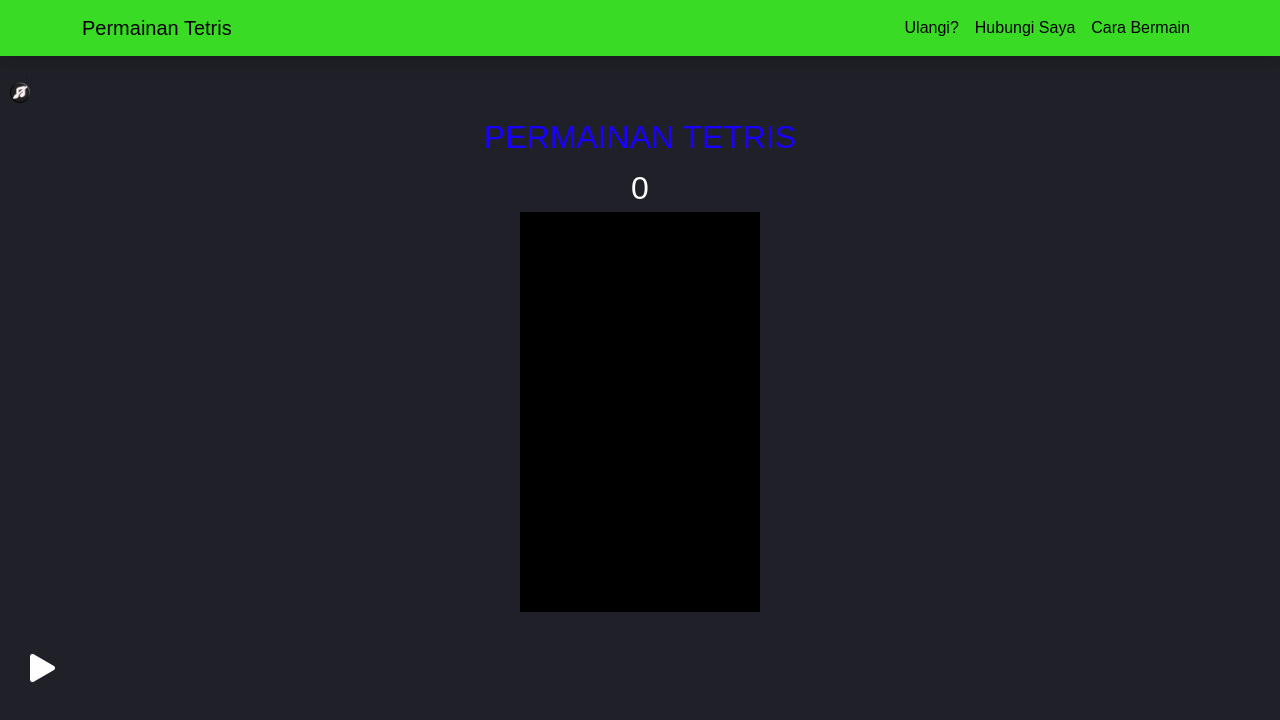
Repository: GwendiWisnuAnggoro/GwendiWisnuAnggoro.github.io
Page: Bahasa Indonesia/game/Tetris/tetris.html
The author's editor kept a copy of each file at every save. The page is drawn from the files as they stood at one save, then again after the next save.
The browser window is 1280 px wide. The pictures show the whole page.

Above is the page before, as saved 2023-02-07 18:56:59.
Console error: TypeError: Cannot read properties of null (reading 'forEach')

### Bahasa Indonesia/game/Tetris/tetris.html
<!DOCTYPE html>
<html lang="en">
<head>
    <meta charset="UTF-8">
    <link href="https://cdn.jsdelivr.net/npm/bootstrap@5.3.0-alpha1/dist/css/bootstrap.min.css" rel="stylesheet" integrity="sha384-GLhlTQ8iRABdZLl6O3oVMWSktQOp6b7In1Zl3/Jr59b6EGGoI1aFkw7cmDA6j6gD" crossorigin="anonymous">
    <link rel="stylesheet" href="https://cdn.jsdelivr.net/npm/bootstrap-icons@1.10.3/font/bootstrap-icons.css">
    <meta http-equiv="X-UA-Compatible" content="IE=edge">
    <meta name="viewport" content="width=device-width, initial-scale=1.0">
    <title>Permainan Tetris</title>
</head>
<body>
    <!-- akhir navbar -->
  <nav class="navbar navbar-expand-lg navbar-light shadow fixed-top" style="background-color: rgb(57, 219, 36);">
    <div class="container-sm">
      <span class="navbar-brand" href="#">Permainan Tetris</span>
      <button class="navbar-toggler" type="button" data-bs-toggle="collapse" data-bs-target="#navbarNav" aria-controls="navbarNav" aria-expanded="false" aria-label="Toggle navigation">
        <span class="navbar-toggler-icon"></span>
      </button>
      <div class="collapse navbar-collapse" id="navbarNav">
        <ul class="navbar-nav ms-auto">
          <li class="nav-item">
            <a class="nav-link active" aria-current="page" href="../Tetris/tetris.html">Ulangi?</a>
          </li>
          <li class="nav-item">
            <a class="nav-link active" href="../../../contact me/ContactMe.html">Hubungi Saya</a>
          </li>
          <li class="nav-item">
            <a class="nav-link active" href="../Tutorials/Tetris/TutorTetris.html">Cara Bermain</a>
            </li>
        </ul>
      </div>
    </div>
  </nav>
<!-- akhir navbar -->
<br>
<br>
<br>
     <!-- awal toogle music -->
     <button id="play"></button>
     <!-- akhir toogle music -->


    <center>
    <link rel="stylesheet" type="text/css" href="tetris.css">
    <div class="pembungkus">
    <h2>PERMAINAN TETRIS</h2>
    <section class="Kalah">
      <h3>Game Over!</h3>
     </section>
    <div id="score">0</div>
    <canvas id="tetris" width="240" height="400"></canvas>
</div>
</center>


<div class="bungkus">
  <button type="button" onclick="" class="btn Mulai_HP" id="Mulai">
    <span>
      <i class="bi bi-play-fill"></i>
    </span>
  </button>
  <button type="button" onclick="" class="btn btn12" id="tmblAtas" >
  <img class="simbol" src="Munggah.png" />
  </button>
  <button type="button" onclick="" class="btn btn13" id="tmblBawah">
  <img class="simbol" src="Midun.png"/>
  </button>
  <button type="button" onclick="" class="btn2 btn14" id="tmblKiri">
  <img class="simbol" src="Ngiwa.png"/>
  </button>
  <button type="button" onclick="" class="btn4 btn15" id="tmblKanan">
  <img class="simbol" src="Nengen.png"/>
  </button>
</div>

<div class="PC">
  <button type="button" onclick="" class="btn Mulai_PC" id="Mulai">
    <span>
      <i class="bi bi-play-fill tombolMulaiPC"></i>
    </span>
  </button>
</div>
 <!-- <button type="button" id="Mulai">Mulai</button> -->
    <script src="tetris.js"></script>
    <script src="https://cdn.jsdelivr.net/npm/bootstrap@5.3.0-alpha1/dist/js/bootstrap.bundle.min.js" integrity="sha384-w76AqPfDkMBDXo30jS1Sgez6pr3x5MlQ1ZAGC+nuZB+EYdgRZgiwxhTBTkF7CXvN" crossorigin="anonymous"></script>
</body>
</html>

### Bahasa Indonesia/game/Tetris/tetris.css
h2 {
    font-family: arial;
    text-align: center;
    color: rgb(25, 0, 255);
}
.simbol{
	width: 100%;
	height: 100%;
}
.btn12{
	margin-top: -100px;
	margin-left: 250px;
}
.btn13{
	margin-top: 95px;
	margin-left: 50px;
}
.btn14{
	margin-left: -150px;

}

.btn{

	width: 85px;
	height: 85px;

}
.bungkus{
	position: fixed;
	margin-top: -250px;
	margin-left: 10%;
	opacity: 0.5;
}

.btn2,.btn4{
	background: rgba(0, 0, 0, 0);
	width: 85px;
	height: 85px;



}
body {
    background: #202028;
    color: white;
    font-family: sans-serif;
}


button {
	border: none;
	width: 40px;
	height: 40px;
	cursor: pointer;
	background-color: #202028;
	outline: none;
}




#play{
	background-image: url("../../img/StopSong.png");
}


.pembungkus{
    font-size: 2em;
    align-items: center;
}
.Kalah h3{
	text-align: center;
	color: red;
}
.Kalah{
	display: none;
}

#Mulai_HP{
	color: white;
}
#Mulai_PC{
	color: white;
}
.bi-play-fill{
	color: white;
	font-size: 50px;
	opacity: 1;
}

.tombolMulaiPC{
		color: white;
	font-size: 50px;
	opacity: 1;
	margin-top: -50%;
}
.PC{
	display: none;
}
/* tablet */
@media screen and (min-width: 768px){

	.PC{
		display: none;
	}

}

/* destop */
@media screen and (min-width: 800px){
	.bungkus{
		display: none;
	}
	.PC{
		display: block;
	}

}

### Bahasa Indonesia/game/Tetris/tetris.js
const canvas = document.getElementById('tetris');
const context = canvas.getContext('2d');
var tombolAtas = document.getElementById("tmblAtas");
var tombolBawah = document.getElementById("tmblBawah");
var tombolKiri = document.getElementById("tmblKiri");
var tombolKanan = document.getElementById("tmblKanan");

let Muter = new Audio();
Muter.src="Backsound Muter.mp3";

let KiriKananBawah = new Audio();
KiriKananBawah.src="Kiri Kanan Backsound.mp3"

let LarikHilang = new Audio();
LarikHilang.src="1 Larik Hilang.mp3"

context.scale(20, 20);

function arenaSweep() {
    let rowCount = 1;
    outer: for (let y = arena.length - 1; y > 0; -- y) {
        for (let x = 0; x < arena[y].length; ++x) {
            if (arena [y][x] === 0) {
                continue outer;
            }
        }

        const row = arena.splice(y, 1)[0].fill(0);
        arena.unshift(row);
        ++y;

        player.score += rowCount * 10;
        rowCount *= 2;
        LarikHilang.play();
    }
}


function collide(arena, player) {
    const [m, o] = [player.matrix, player.pos];
    for (let y = 0; y < m.length; ++y) {
        for (let x = 0; x < m[y].length; ++x) {
            if (m[y][x] !== 0 &&
                (arena[y + o.y] &&
                arena[y + o.y][x + o.x]) !== 0) {
                return true;
            }
        }
    }
    return false;
}

function creatMatrix(w, h) {
    const matrix = [];
    while (h--) {
        matrix.push(new Array(w).fill(0));
    }
    return matrix;
}

function createPiece(type) {
    if (type === 'T') {
        return [
            [0, 0, 0],
            [1, 1, 1],
            [0, 1, 0],
        ];
    } else if (type === 'O') {
        return [
            [2, 2],
            [2, 2],
        ];
    } else if (type === 'L') {
        return [
            [0, 3, 0],
            [0, 3, 0],
            [0, 3, 3],
        ];
    } else if (type === 'J') {
        return [
            [0, 4, 0],
            [0, 4, 0],
            [4, 4, 0],
        ];
    } else if (type === 'I') {
        return [
            [0, 5, 0, 0],
            [0, 5, 0, 0],
            [0, 5, 0, 0],
            [0, 5, 0, 0],
        ];
    } else if (type === 'S') {
        return [
            [0, 6, 6],
            [6, 6, 0],
            [0, 0, 0],
        ];
    } else if (type === 'Z') {
        return [
            [7, 7, 0],
            [0, 7, 7],
            [0, 0, 0],
        ];

    }

}

function draw() {
    context.fillStyle = '#000';
    context.fillRect(0, 0, canvas.width, canvas.height);

    drawMatrix(arena, {x: 0,y: 0});
    drawMatrix(player.matrix, player.pos);
}

function drawMatrix(matrix, offset) {
    matrix.forEach((row, y) => {
        row.forEach((value, x) => {
            if (value !== 0) {
                context.fillStyle = colors[value];
                context.fillRect(x + offset.x,
                                 y + offset.y,
                                 1, 1);
            }
        });
    });
}

function merge(arena, player) {
    player.matrix.forEach((row, y) => {
        row.forEach((value, x) => {
            if(value !== 0) {
                arena[y + player.pos.y][x + player.pos.x] = value;
            }
        });
    });
}

function playerDrop() {
    player.pos.y++;
    if (collide(arena, player)) {
        player.pos.y--;
        merge(arena, player);
        playerReset();
        arenaSweep();
        updateScore();

    }
    dropCounter = 0;
}

function GameOver(){
    console.log("Kalah")
    document.querySelector(".Kalah").style.display = "block"
    return playerDrop = function(){}

}

function playerMove(dir) {
    player.pos.x += dir;
    if (collide(arena, player)) {
        player.pos.x -= dir;
    }
}

function playerReset() {

    const pieces = 'TOLJISZ';
    player.matrix = createPiece(pieces[pieces.length * Math.random() | 0]);
    player.pos.y = 0;
    player.pos.x = (arena[0].length / 2 | 0) -
                   (player.matrix[0].length / 2 | 0);
    if (collide(arena, player)) {
        // arena.forEach(row => row.fill(0));
        // player.score = 0;
        // updateScore();
        GameOver();

    }
}

function playerRotate(dir) {
    const pos = player.pos.x;
    let offset = 1;
    rotate(player.matrix, dir);
    while (collide(arena, player)) {
        player.pos.x += offset;
        offset =- (offset + (offset > 0 ? 1 : -1));
        if (offset > player.matrix[0].length) {
            rotate(player.matrix, dir);
            player.pos.x = pos;
            return;
        }
    }
}

function rotate(matrix, dir) {
    for (let y = 0; y < matrix.length; ++y) {
        for (let x = 0; x < y; ++x) {
            [
                matrix[x][y],
                matrix[y][x],
            ] = [
                matrix[y][x],
                matrix[x][y],
            ];
        }
    }

    if (dir > 0) {
        matrix.forEach(row => row.reverse());
    } else {
        matrix.reverse();
    }
}

let dropCounter = 0;
let dropInterval = 1000;

let lastTime = 0;
function update(time = 0) {
    const deltaTime = time - lastTime;
    lastTime = time;

    dropCounter += deltaTime;
    if (dropCounter > dropInterval) {
        playerDrop();
    }

    draw();
    requestAnimationFrame(update);
}

function updateScore() {
    document.getElementById('score').innerText = player.score;
}

const colors = [
    null,
    'red',
    'blue',
    'violet',
    'lime',
    '#ffff00',
    'orange',
    'pink',
];

const arena = creatMatrix(12, 20);

const player = {
    pos: {x: 0, y: 0},
    matrix: null,
    score: 0,
}
tombolKanan.addEventListener("click", fKanan);
tombolKiri.addEventListener("click", fKiri);
tombolAtas.addEventListener("click", fAtas);
tombolBawah.addEventListener("click", fBawah);

function fKanan(){
    if(event) {
        playerMove(1);
        KiriKananBawah.play();


    }
}
function fKiri(){
    if(event) {
        playerMove(-1);
        KiriKananBawah.play();
    }
}
function fAtas(){

    if(event) {
        playerRotate(-1);
        Muter.play();
    }

}
function fBawah(){
    if(event) {
        playerDrop(); KiriKananBawah.play();


    }
}
document.addEventListener('keydown', event => {
    if (event.keyCode === 37 || event.keyCode === 65) {
        playerMove(-1); KiriKananBawah.play();
    } else if (event.keyCode === 39 || event.keyCode == 68) {
        playerMove(1); KiriKananBawah.play();
    } else if (event.keyCode === 40 || event.keyCode == 83) {
        playerDrop(); KiriKananBawah.play();
    } else if (event.keyCode === 81) {
        playerRotate(-1); Muter.play();
    } else if (event.keyCode === 32) {
        playerRotate(1); Muter.play();
    }
});


document.getElementById("Mulai").addEventListener("click", ()=>{
    playerReset();
    updateScore();
    update();
    document.getElementById("Mulai").style.display = "none";
})
draw();



// musik program
var musik = new Audio();
musik.src="Tetris Backsound.mp3"
musik.loop=true;
musik.pause();

    function mulaiAudio(){
        var play=document.getElementById('play');

        play.addEventListener('click',fplay);

        function fplay(){
            if(musik.paused){
                musik.play();
                play.style.background="url(../../img/PlaySong.png)";
            }else{
                musik.pause();
                play.style.background="url(../../img/StopSong.png)";
            }
        }
    }

window.addEventListener('load', mulaiAudio)

After the next save:
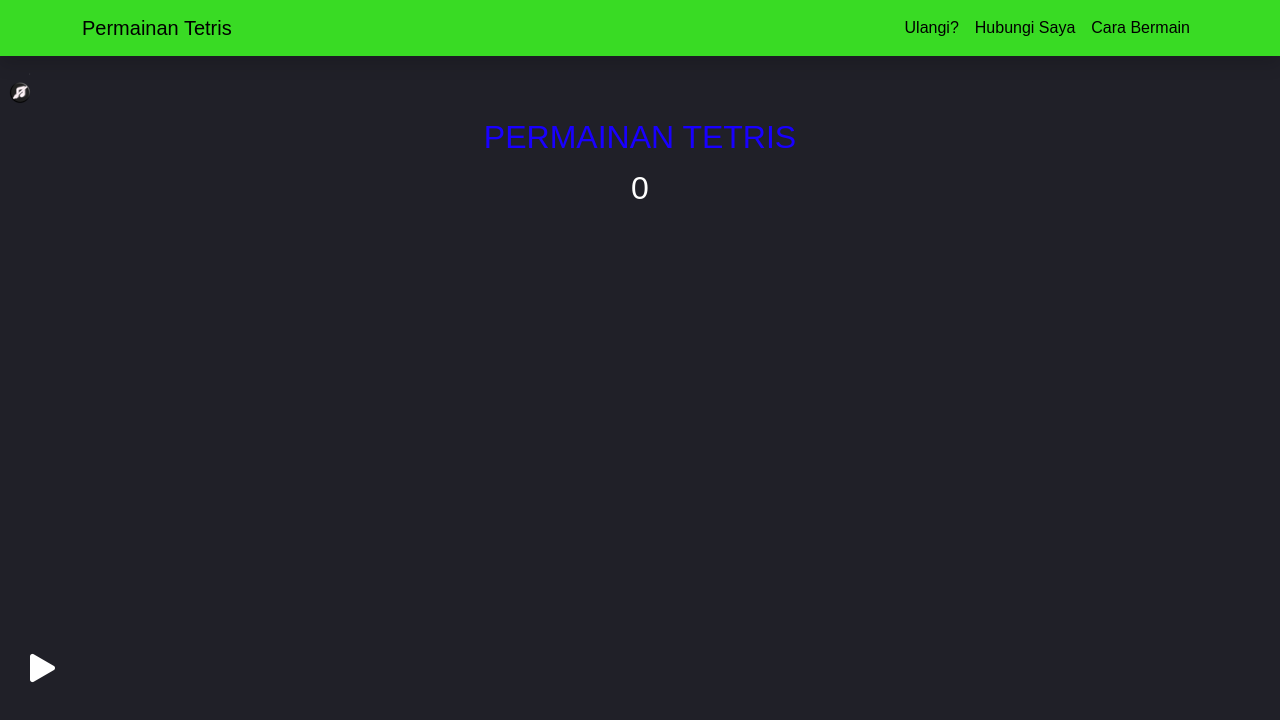
Console error: ReferenceError: A is not defined
Saved 2 min 19 s later.
--- a/Bahasa Indonesia/game/Tetris/tetris.js
+++ b/Bahasa Indonesia/game/Tetris/tetris.js
@@ -13,6 +13,8 @@
 
 let LarikHilang = new Audio();
 LarikHilang.src="1 Larik Hilang.mp3"
+
+let Kalah = new A
 
 context.scale(20, 20);
 

After the 6 saves that followed:
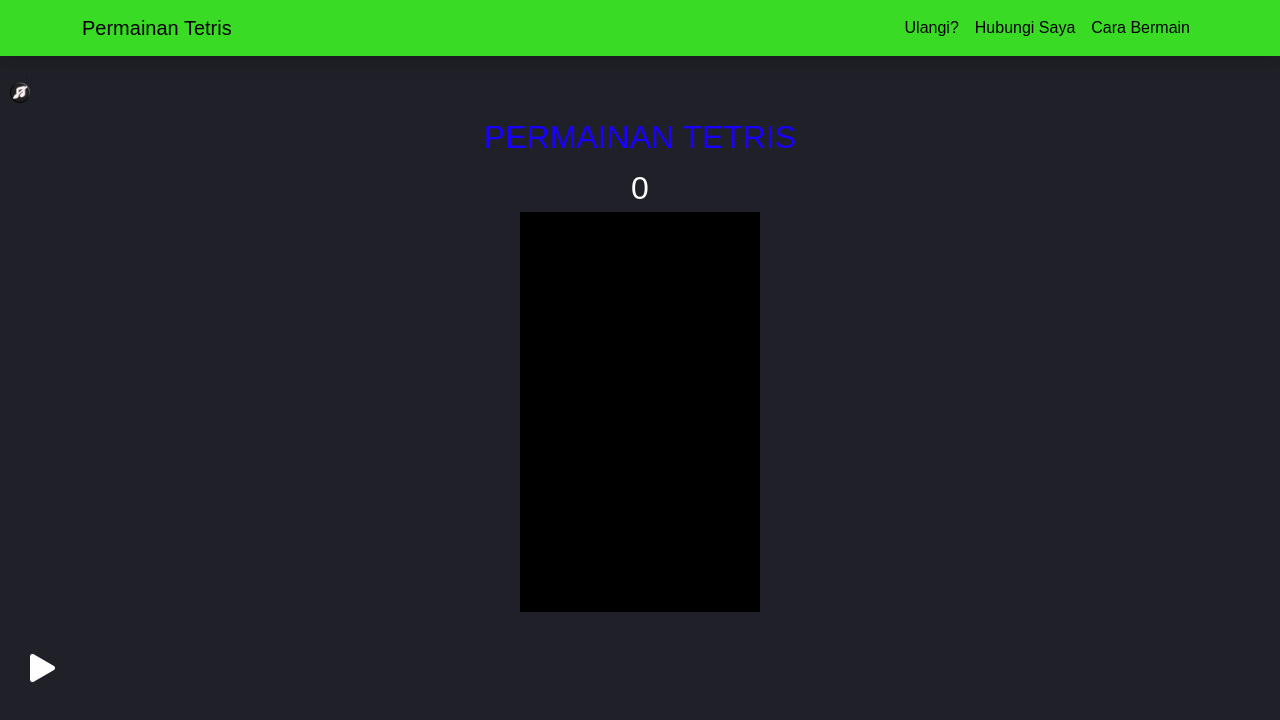
Console error: TypeError: Cannot read properties of null (reading 'forEach')
The 6 saves are shown as one change because 1 left the picture as it was and some came seconds apart.
The last was saved 2 min 17 s later.
--- a/Bahasa Indonesia/game/Tetris/tetris.js
+++ b/Bahasa Indonesia/game/Tetris/tetris.js
@@ -14,7 +14,8 @@
 let LarikHilang = new Audio();
 LarikHilang.src="1 Larik Hilang.mp3"
 
-let Kalah = new A
+let Kalah = new Audio();
+Kalah.src = "Ka"
 
 context.scale(20, 20);
 
